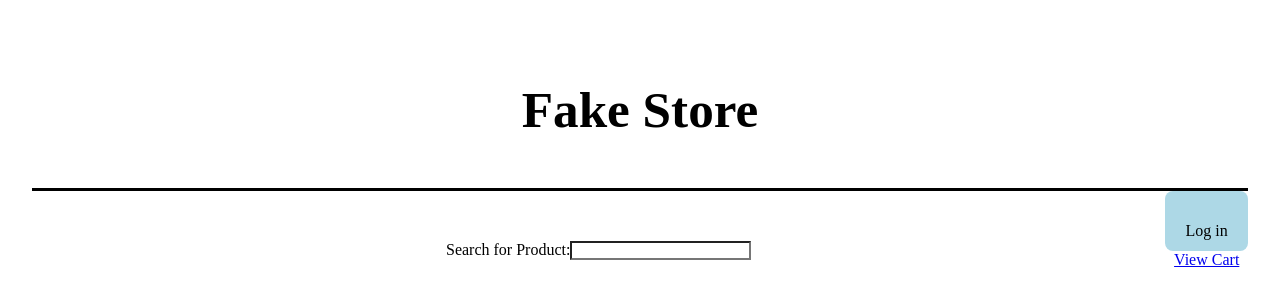
Repository: Andres513/CapStone
Page: /
These files come from the project's save history. The page is drawn as it stood at one moment and after the next save; the edit follows.
The browser window is 1280 px wide. The pictures show the whole page.
The page's requests for data from a server got no answer. The project was rebuilt for these pictures with package versions that can differ from the ones it lists, and the page was loaded fresh each time. No one was signed in, and anything a server would have sent is missing. Also part of the build but not shown: vite.config.js, src/components/Login.jsx, src/components/Cart.jsx, src/components/SingleProduct.jsx, src/components/ProductsByCategory.jsx, src/components/LoggedOut.jsx, src/components/Checkout.jsx.

Above is the page before, as saved 2024-04-11 11:26:41.

### index.html
<!doctype html>
<html lang="en">
  <head>
    <meta charset="UTF-8" />
    <link rel="icon" type="image/svg+xml" href="/vite.svg" />
    <meta name="viewport" content="width=device-width, initial-scale=1.0" />
    <title>Fake Store!</title>
  </head>
  <body>
    <div id="root"></div>
    <script type="module" src="/src/main.jsx"></script>
  </body>
</html>

### src/App.jsx
import { useState } from 'react'
import FetchProducts from './components/FetchProducts'
import './App.css'
import { Routes, Route } from 'react-router-dom'
import Login from './components/Login'
import SingleProduct from './components/SingleProduct'
import ProductsByCategories from './components/ProductsByCategory'
import Cart from './components/Cart'
import { CartProvider } from './components/CartContext'
import LogOut from './components/LoggedOut'
import Checkout from './components/Checkout'

function App() {
  const [token, setToken] = useState(null)
  const [products, setProducts] = useState([])
  const [price, setPrice] = useState('')
  const [email, setEmail] = useState('')
  const [password, setPassword] = useState('')
  const [isLoggedIn, setIsLoggedIn] = useState(false)
  const [loggedOut, setLoggedOut] = useState(false)

  const handleSetToken = (newToken) => {
    setToken(newToken)
    setIsLoggedIn(true)
  }
  const handleSetProducts = (newProducts) => {
    setProducts(newProducts)
  }
  const handleSetPrice = (newPrice) => {
    setPrice(newPrice)
  }
  const handleLogout = () => {
    setToken(null)
    setIsLoggedIn(false)
    setLoggedOut(true)
  }
  return (

    <CartProvider isLoggedIn={isLoggedIn}>
      <>
        <Routes>
          <Route path="/login" element={<Login token={token} setToken={handleSetToken} email={email} setEmail={setEmail} password={password} setPassword={setPassword} isLoggedIn={isLoggedIn} setIsLoggedIn={setIsLoggedIn} handleLogout={handleLogout} />} />
          <Route path="/" element={<FetchProducts token={token} setToken={handleSetToken} products={products} setProducts={handleSetProducts} price={price} setPrice={handleSetPrice} isLoggedIn={isLoggedIn} handleLogout={handleLogout} loggedOut={loggedOut} setLoggedOut={setLoggedOut} />} />
          <Route path="/products/:id" element={<SingleProduct token={token} isLoggedIn={isLoggedIn} />} />
          <Route path="/category/:category" element={<ProductsByCategories products={products} setProduct={handleSetProducts} />} />
          <Route path="/cart" element={<Cart isLoggedIn={isLoggedIn} />} />
          <Route path="/logout" element={<LogOut />} />
          <Route path="/checkout" element={<Checkout/>}/>
        </Routes>
      </>
    </CartProvider>
  )
}

export default App

### src/index.css

* {
  margin: 0;
  padding: 0;
  box-sizing: border-box;
}
h1 {
  font-size: 3.2em;
  line-height: 1.1;
  padding-top: 50px;
  padding-bottom: 50px;
  border-bottom: 3px solid black;
}
input {
  background-color: white;
}
img {
  width: 70%;
  height: 70%;
}
.single-product > img {
  height: 60%;
  width: 60%;
  padding-top: 50px;
  padding-bottom: 50px;
}
.items-container {
  display: grid;
  grid-template-columns: repeat(auto-fill, minmax(330px, 1fr));
  grid-gap: 75px;
  padding-top: 50px;
}
.item {
  background-color: aliceblue;
  box-shadow: 5px 5px lightblue;
  transition: all .2s ease-in-out;
}
.item:hover {
  transform: scale(1.1);
}
.category-buttons {
  padding-bottom: 50px;
}
.category-container {
  display: grid;
  grid-template-columns: repeat(auto-fill, minmax(330px, 1fr));
  grid-gap: 100px;
  padding-top: 50px;

}
.category-item {
  transition: all .2s ease-in-out;
  background-color: aliceblue;
  box-shadow: 5px 5px lightblue;
}
.category-item:hover {
  transform: scale(1.1);
}
button {
  border-radius: 8px;
  border: 1px solid transparent;
  padding: 0.6em 1.2em;
  padding-top: 30px;
  font-size: 1em;
  font-weight: 500;
  font-family: inherit;
  background-color: lightblue;
  cursor: pointer;
  transition: border-color 0.25s;
  transition: all .2s ease-in-out;
}
button:hover {
  transform: scale(1.1);
}
.navbar {
  float: right
}

### src/components/FetchProducts.jsx
import { useEffect, useState } from "react"
import { Link } from "react-router-dom"
import Login from "./Login"
import Categories from "./Categories"
import Cart from "./Cart"
import { useCart } from "./CartContext"

export default function FetchProducts({ products, setProducts, price, setPrice, token, setToken, isLoggedIn, setIsLoggedIn, handleLogout, loggedOut }) {
    const [error, setError] = useState(null)
    const [searched, setSearched] = useState('')
    const [addedToCart, setAddedToCart] = useState(false);
    const { cart, setCart } = useCart()

    useEffect(() => {
        async function fetchProducts() {
            try {
                const response = await fetch('https://fakestoreapi.com/products')
                const result = await response.json()
                setProducts(result)
                setPrice(result.price)
                console.log(result)
            } catch (error) {
                setError(error.message)
            }
        }
        fetchProducts()
    }, [])

    const searchedProduct = products.filter((product) => {
        return product.title.toLowerCase().includes(searched.toLowerCase());
    });

    console.log(isLoggedIn)
    return (
        <>
            <h1>Fake Store</h1>
            <nav className="navbar">
                {isLoggedIn ? (
                    <>
                        <Link to="/logout"><button onClick={handleLogout}>Log out</button><br /></Link>

                    </>
                ) : (
                    <Link to="/login"><button>Log in</button></Link>
                )}
                <br /><Link to="/cart">View Cart</Link>
            </nav>

            <Categories products={products} />
            <label className="search-bar">Search for Product:
                <input type="text" value={searched} onChange={(e) => setSearched(e.target.value)} />
            </label><br />

            <div className="items-container">
                {searchedProduct.map((product) => (
                    <div key={product.id} className="item">
                        <h3>{product.title}</h3>
                        <img src={product.image} alt={product.title} /><br />

                        <Link to={`/products/${product.id}`}>View Details</Link>

                    </div>
                ))}

            </div>
        </>
    )
}

### src/components/CartContext.jsx


import { createContext, useContext, useState, useEffect } from "react";

const CartContext = createContext()

export const useCart = () => useContext(CartContext)

export const CartProvider = ({ children }) => {
    const [cart, setCart] = useState(() => {
        const storedCart = localStorage.getItem('cart');
        return storedCart ? JSON.parse(storedCart) : [];
    });

    useEffect(() => {
        localStorage.setItem('cart', JSON.stringify(cart));
    }, [cart]);

    return (
        <CartContext.Provider value={{ cart, setCart }}>
            {children}
        </CartContext.Provider>
    )
}

### src/components/Categories.jsx
import { useState, useEffect } from "react";
import { Link } from "react-router-dom";

export default function Categories({ products }) {
    const [categories, setCategories] = useState([])

    useEffect(() => {
        async function fetchCategories() {
            try {
                const response = await fetch('https://fakestoreapi.com/products/categories')
                const result = await response.json()
                setCategories(result)
                console.log(categories)
            } catch (error) {
                console.error(error)
            }
        } fetchCategories()
    }, [])

    const filteredCategories = (category) => {
        return products.filter(product => product.category === category)
    }

    return (
        <div>
            <div className="category-buttons">
                {categories.map((category, index) => (
                    <button key={index}>
                        <Link to={`/category/${category}`}>{category}</Link>
                    </button>
                ))}
            </div>
        </div>
    );
}

Loaded but not shown: src/main.jsx (common file); src/App.css (common file)

After the next save:
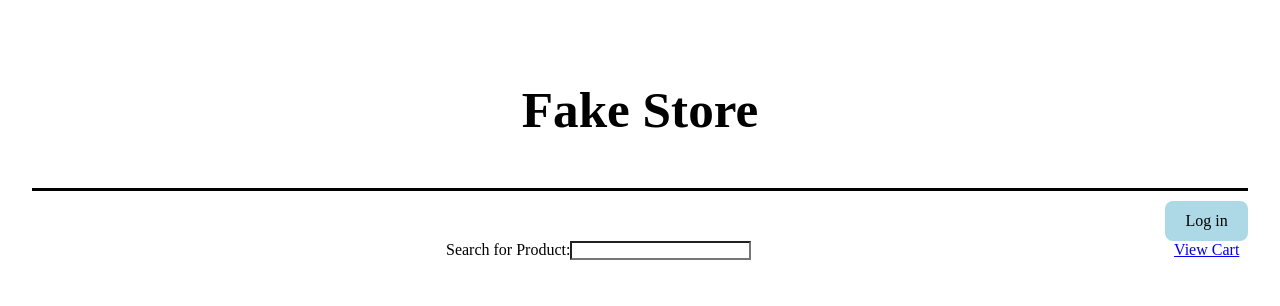
Saved 17 s later.
--- a/src/index.css
+++ b/src/index.css
@@ -60,7 +60,7 @@ button {
   border-radius: 8px;
   border: 1px solid transparent;
   padding: 0.6em 1.2em;
-  padding-top: 30px;
+  margin-top: 10px;
   font-size: 1em;
   font-weight: 500;
   font-family: inherit;
